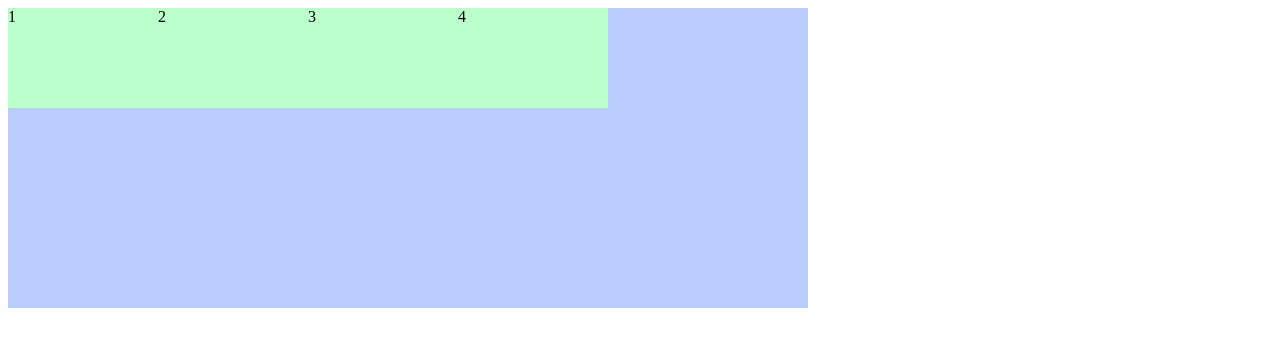
Repository: liutian97/learn1
Page: 移动端web开发/代码/2. Flex 伸缩布局/03-flex设置主轴上的子元素排列方式1.html
An editor plug-in stored every save of this project. The page is shown before and after a run of saves, followed by the edit.
The browser window is 1280 px wide. The pictures show the whole page.

Above is the page before, as saved 2022-07-02 16:44:17.

### 移动端web开发/代码/2. Flex 伸缩布局/03-flex设置主轴上的子元素排列方式1.html
<!DOCTYPE html>
<html lang="en">

<head>
  <meta charset="UTF-8">
  <meta http-equiv="X-UA-Compatible" content="IE=edge">
  <meta name="viewport" content="width=device-width, initial-scale=1.0">
  <title>Document</title>
  <style>
    div {
      width: 800px;
      height: 300px;
      background-color: #bcf;
      display: flex;
      flex-direction: row;
      /* justify-content: flex-start; */
      /* justify-content: flex-end; */
      /* justify-content: center; */
      justify-content: space
    }

    div span {
      width: 150px;
      height: 100px;
      background-color: #bfc;
    }
  </style>
</head>

<body>
  <div>
    <span>1</span>
    <span>2</span>
    <span>3</span>
    <span>4</span>
  </div>
</body>

</html>

<!-- <!DOCTYPE html>
<html lang="en">

<head>
    <meta charset="UTF-8">
    <meta name="viewport" content="width=device-width, initial-scale=1.0">
    <meta http-equiv="X-UA-Compatible" content="ie=edge">
    <title>Document</title>
    <style>
        div {
            display: flex;
            width: 800px;
            height: 300px;
            background-color: pink;
            /* 默认的主轴是 x 轴 row */
            flex-direction: row;
            /* justify-content: 是设置主轴上子元素的排列方式 */
            /* justify-content: flex-start; */
            /* justify-content: flex-end; */
            /* 让我们子元素居中对齐 */
            /* justify-content: center; */
            /* 平分剩余空间 */
            /* justify-content: space-around; */
            /* 先两边贴边， 在分配剩余的空间 */
            justify-content: space-between;
        }

        div span {
            width: 150px;
            height: 100px;
            background-color: purple;
        }
    </style>
</head>

<body>
    <div>
        <span>1</span>
        <span>2</span>
        <span>3</span>
        <span>4</span>
    </div>
</body>

</html> -->

After the next 2 saves:
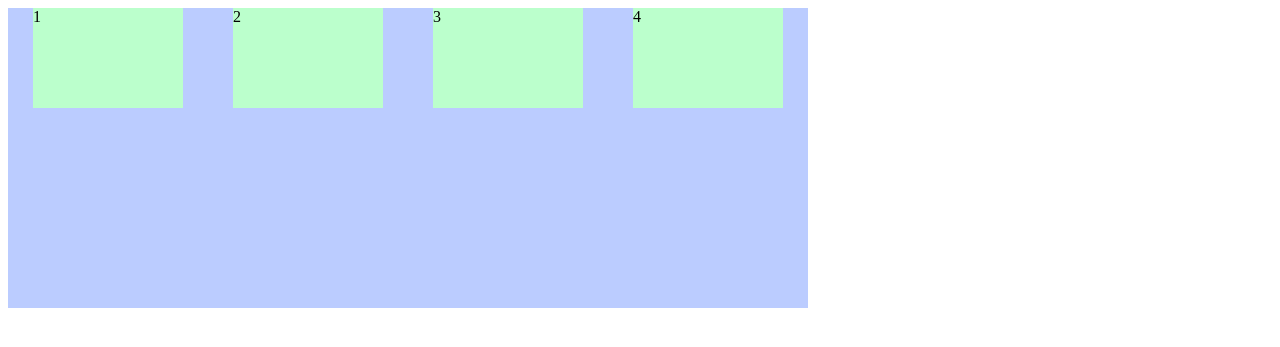
The 2 saves are shown as one change because they came seconds apart.
The last was saved 7 s later.
--- a/移动端web开发/代码/2. Flex 伸缩布局/03-flex设置主轴上的子元素排列方式1.html
+++ b/移动端web开发/代码/2. Flex 伸缩布局/03-flex设置主轴上的子元素排列方式1.html
@@ -16,7 +16,7 @@
       /* justify-content: flex-start; */
       /* justify-content: flex-end; */
       /* justify-content: center; */
-      justify-content: space
+      justify-content: space-around;
     }
 
     div span {

After the save that followed:
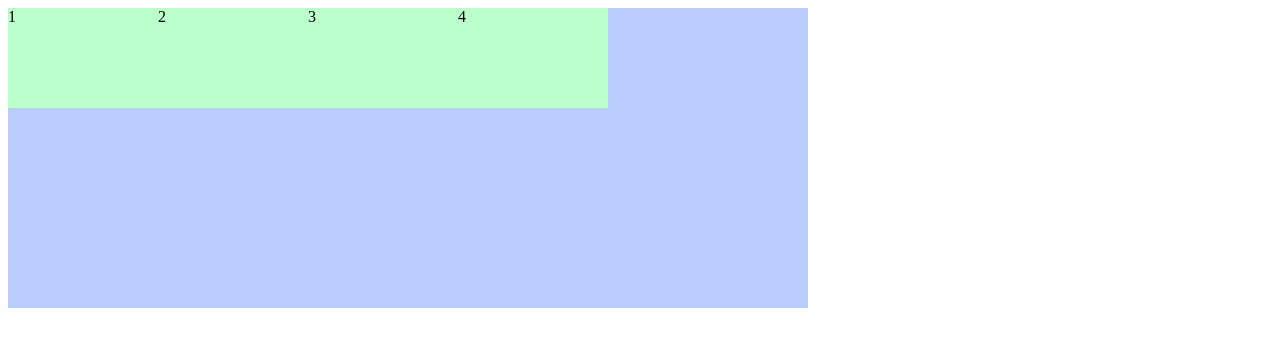
Saved 8 s later.
--- a/移动端web开发/代码/2. Flex 伸缩布局/03-flex设置主轴上的子元素排列方式1.html
+++ b/移动端web开发/代码/2. Flex 伸缩布局/03-flex设置主轴上的子元素排列方式1.html
@@ -16,7 +16,7 @@
       /* justify-content: flex-start; */
       /* justify-content: flex-end; */
       /* justify-content: center; */
-      justify-content: space-around;
+      /* justify-content: space-around; */
     }
 
     div span {
